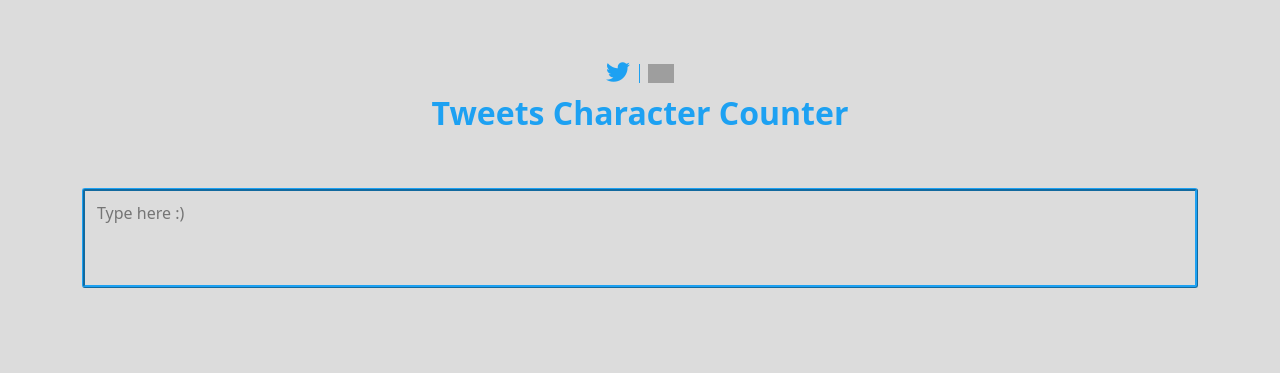
Repository: magmukendi/Tweets-Count
Page: index.html
An editor plug-in stored every save of this project. The page is shown before and after a run of saves, followed by the edit.
The browser window is 1280 px wide. The pictures show the whole page.
Pictures or frames that could not be fetched are drawn as grey boxes. Some web libraries are served in a nearby version.

Above is the page before, as saved 2022-06-11 17:39:25.

After the next 2 saves:
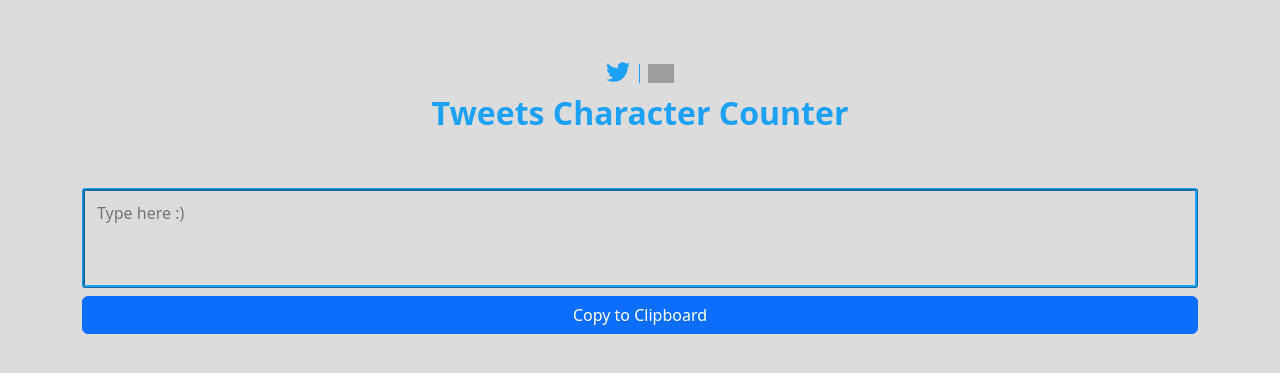
The 2 saves are shown as one change because they came seconds apart.
The last was saved 30 s later.
--- a/style.css
+++ b/style.css
@@ -49,7 +49,7 @@ body{
 
 
 button{
-    visibility: hidden;
+
 }
 
 #result{
